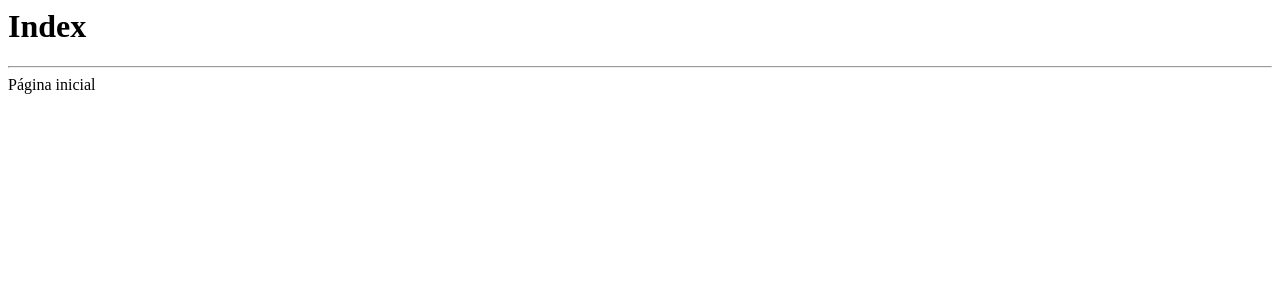
Repository: Cygnus-x1br/ControleFinanceiro
Page: http://localhost/app/Views/index/index.phtml
These files come from the project's save history. The page is drawn as it stood at one moment and after a run of saves; the edit follows.
The browser window is 1280 px wide. The pictures show the whole page.
The page is run by PHP 8.4 with error messages shown; the project is at /var/www/html/.

Above is the page before, as saved 2022-12-26 12:01:32.

After the next 2 saves:
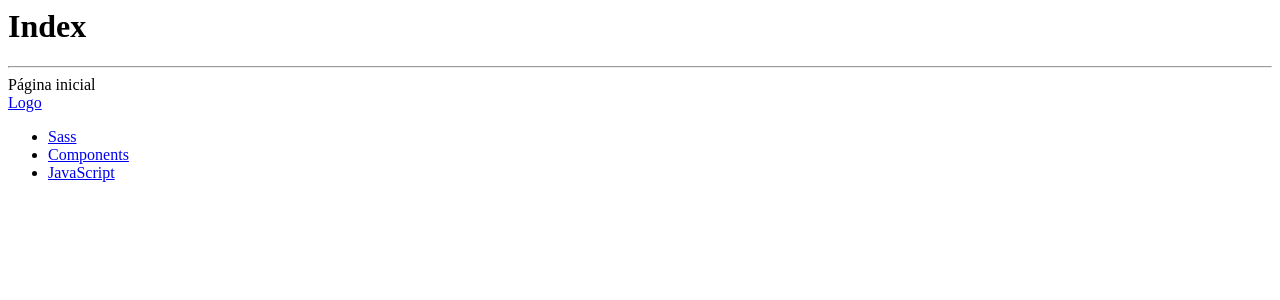
The 2 saves are shown as one change because they came seconds apart.
The last was saved 5 min 47 s later.
--- a/app/Views/index/index.phtml
+++ b/app/Views/index/index.phtml
@@ -7,6 +7,14 @@
 echo 'Página inicial';
 // print_r($this->viewData->dados);
 // foreach ($this->viewData->dados as $indice => $valor) {
-
-
 ?>
+<nav>
+    <div class="nav-wrapper">
+        <a href="#" class="brand-logo">Logo</a>
+        <ul id="nav-mobile" class="right hide-on-med-and-down">
+            <li><a href="sass.html">Sass</a></li>
+            <li><a href="badges.html">Components</a></li>
+            <li><a href="collapsible.html">JavaScript</a></li>
+        </ul>
+    </div>
+</nav>
